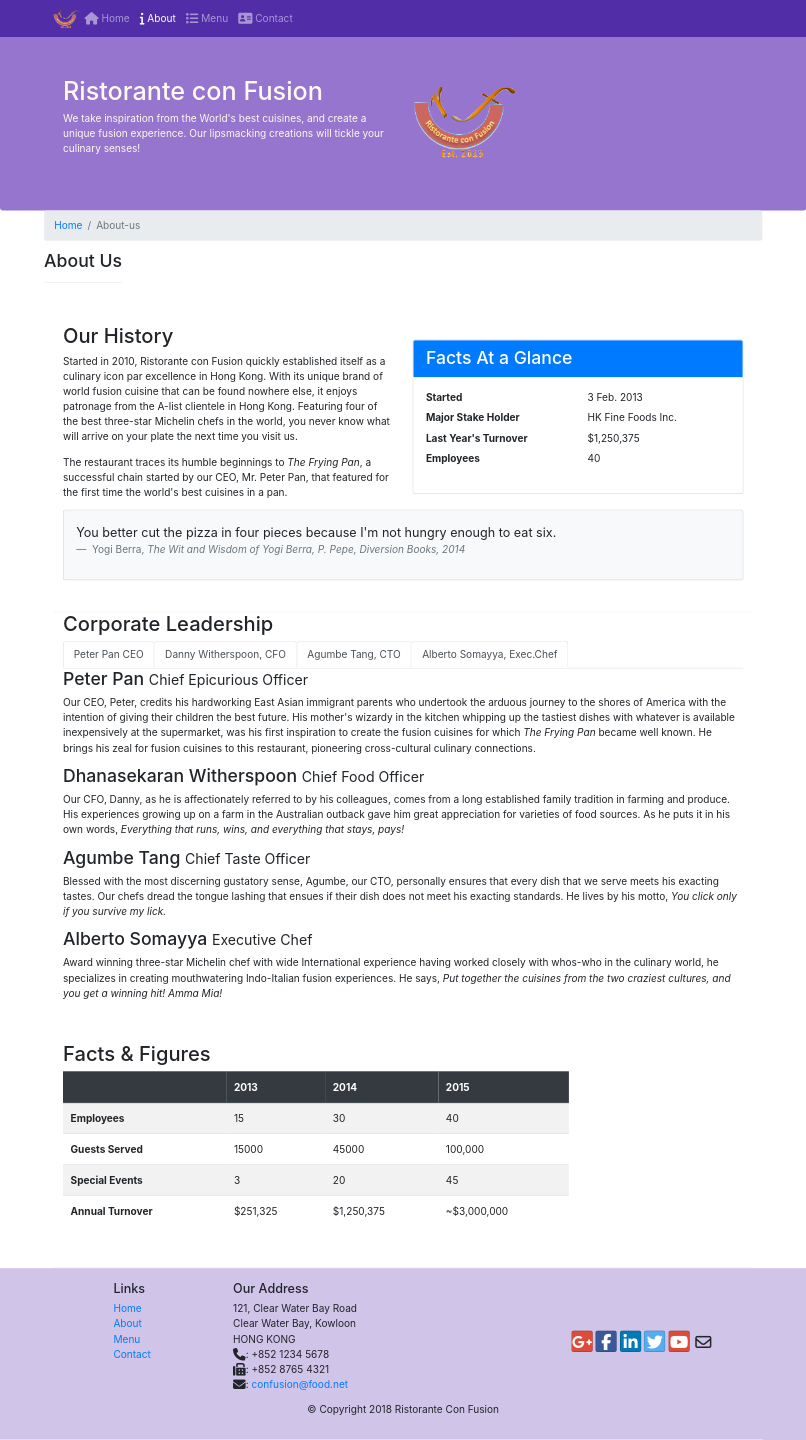
Repository: Samkiroko/Boostrap_intro
Page: about-us.html
These files come from the project's save history. The page is drawn as it stood at one moment and after the next save; the edit follows.
The browser window is 1280 px wide. The pictures show the whole page, at 63% of full size.
Some web libraries are served in a nearby version.

Above is the page before, as saved 2020-02-01 13:44:04.

### about-us.html
<!DOCTYPE html>
<html lang="en">
  <head>
    <!-- Required meta tags -->
    <meta charset="utf-8" />
    <meta
      name="viewport"
      content="width=device-width, initial-scale=1, shrink-to-fit=no"
    />

    <!-- Bootstrap CSS -->
    <link
      rel="stylesheet"
      href="https://stackpath.bootstrapcdn.com/bootstrap/4.4.1/css/bootstrap.min.css"
      integrity="sha384-Vkoo8x4CGsO3+Hhxv8T/Q5PaXtkKtu6ug5TOeNV6gBiFeWPGFN9MuhOf23Q9Ifjh"
      crossorigin="anonymous"
    />
    <link rel="stylesheet" href="css/bootstrap-social.css" />
    <link
      rel="stylesheet"
      href="node_modules/font-awesome/css/font-awesome.min.css"
    />
    <link
      rel="stylesheet"
      href="node_modules/bootstrap-social/bootstrap-social.css"
    />
    <link rel="stylesheet" href="css/style.css" />
    <title>Ristorante Con Fusion</title>
  </head>

  <body>
    <nav class="navbar navbar-dark navbar-expand-sm  fixed-top">
      <div class="container">
        <button
          class="navbar-toggler"
          type="button"
          data-toggle="collapse"
          data-target="#Navbar"
        >
          <span class="navbar-toggler-icon"></span>
        </button>
        <a href="#" class="navbar-brand mr-auto"
          ><img src="img/logo.png" height="30" width="41" alt=""
        /></a>
        <div class="collapse navbar-collapse" id="Navbar">
          <ul class="navbar-nav mr-auto">
            <li class="nav-item">
              <a class="nav-link" href="./index.html"
                ><span class="fa fa-home fa-lg"></span> Home</a
              >
            </li>
            <li class="nav-item active">
              <a class="nav-link" href="#"
                ><span class="fa fa-info fa-lg"></span> About</a
              >
            </li>
            <li class="nav-item">
              <a class="nav-link" href="#"
                ><span class="fa fa-list fa-lg"></span> Menu</a
              >
            </li>
            <li class="nav-item">
              <a class="nav-link" href="/contactus.html"
                ><span class="fa fa-address-card fa-lg"></span> Contact</a
              >
            </li>
          </ul>
        </div>
      </div>
    </nav>
    <header class="jumbotron">
      <div class="container">
        <div class="row row-header">
          <div class="col-12 col-sm-6">
            <h1>Ristorante con Fusion</h1>
            <p>
              We take inspiration from the World's best cuisines, and create a
              unique fusion experience. Our lipsmacking creations will tickle
              your culinary senses!
            </p>
          </div>
          <div class="col-12 col-sm align-self-center">
            <img src="img/logo.png" alt="Ristorante logo" class="img-fluid" />
          </div>
        </div>
      </div>
    </header>

    <div class="container">
      <div class="row">
        <ol class="col-12 breadcrumb">
          <li class="breadcrumb-item"><a href="/index.html">Home</a></li>
          <li class="breadcrumb-item active">About-us</li>
        </ol>
        <div>
          <h3>About Us</h3>
          <hr />
        </div>
      </div>

      <div class="row row-content align-items-center">
        <div class="col-12 col-sm-6">
          <h2>Our History</h2>
          <p>
            Started in 2010, Ristorante con Fusion quickly established itself as
            a culinary icon par excellence in Hong Kong. With its unique brand
            of world fusion cuisine that can be found nowhere else, it enjoys
            patronage from the A-list clientele in Hong Kong. Featuring four of
            the best three-star Michelin chefs in the world, you never know what
            will arrive on your plate the next time you visit us.
          </p>
          <p>
            The restaurant traces its humble beginnings to
            <em>The Frying Pan</em>, a successful chain started by our CEO, Mr.
            Peter Pan, that featured for the first time the world's best
            cuisines in a pan.
          </p>
        </div>
        <div class="col-12 col-sm-6">
          <div class="card">
            <h3 class="card-header bg-primary text-white">Facts At a Glance</h3>
            <div class="card-body">
              <dl class="row">
                <dt class="col-6">Started</dt>
                <dd class="col-6">3 Feb. 2013</dd>
                <dt class="col-6">Major Stake Holder</dt>
                <dd class="col-6">HK Fine Foods Inc.</dd>
                <dt class="col-6">Last Year's Turnover</dt>
                <dd class="col-6">$1,250,375</dd>
                <dt class="col-6">Employees</dt>
                <dd class="col-6">40</dd>
              </dl>
            </div>
          </div>
        </div>
        <div class="col-12">
          <div class="card card-body bg-light">
            <blockquote class="blockquote">
              <p class="mb-0">
                You better cut the pizza in four pieces because I'm not hungry
                enough to eat six.
              </p>
              <footer class="blockquote-footer">
                Yogi Berra,
                <cite title="Source Title"
                  >The Wit and Wisdom of Yogi Berra, P. Pepe, Diversion Books,
                  2014</cite
                >
              </footer>
            </blockquote>
          </div>
        </div>
      </div>

      <div class="col">
        <div>
          <h2>Corporate Leadership</h2>

          <ul class="nav nav-tabs">
            <li class="nav-item">
              <a href="#peter" class="nav-link active" role="tab" data-toggle="tab">
                Peter Pan CEO
              </a>
            </li>
            <a href="#danny" class="nav-link active" role="tab" data-toggle="tab">
                Danny Witherspoon, CFO
              </a>
            </li>
            <a href="#agumbe" class="nav-link active" role="tab" data-toggle="tab">
                Agumbe Tang, CTO
              </a>
            </li>
            <a href="#alberto" class="nav-link active" role="tab" data-toggle="tab">
                Alberto Somayya, Exec.Chef
              </a>
            </li>
          </ul>
          <h3>Peter Pan <small>Chief Epicurious Officer</small></h3>
          <p class="d-none d-sm-block">
            Our CEO, Peter, credits his hardworking East Asian immigrant parents
            who undertook the arduous journey to the shores of America with the
            intention of giving their children the best future. His mother's
            wizardy in the kitchen whipping up the tastiest dishes with whatever
            is available inexpensively at the supermarket, was his first
            inspiration to create the fusion cuisines for which
            <em>The Frying Pan</em> became well known. He brings his zeal for
            fusion cuisines to this restaurant, pioneering cross-cultural
            culinary connections.
          </p>
          <h3>Dhanasekaran Witherspoon <small>Chief Food Officer</small></h3>
          <p class="d-none d-sm-block">
            Our CFO, Danny, as he is affectionately referred to by his
            colleagues, comes from a long established family tradition in
            farming and produce. His experiences growing up on a farm in the
            Australian outback gave him great appreciation for varieties of food
            sources. As he puts it in his own words,
            <em
              >Everything that runs, wins, and everything that stays, pays!</em
            >
          </p>
          <h3>Agumbe Tang <small>Chief Taste Officer</small></h3>
          <p class="d-none d-sm-block">
            Blessed with the most discerning gustatory sense, Agumbe, our CTO,
            personally ensures that every dish that we serve meets his exacting
            tastes. Our chefs dread the tongue lashing that ensues if their dish
            does not meet his exacting standards. He lives by his motto,
            <em>You click only if you survive my lick.</em>
          </p>
          <h3>Alberto Somayya <small>Executive Chef</small></h3>
          <p class="d-none d-sm-block">
            Award winning three-star Michelin chef with wide International
            experience having worked closely with whos-who in the culinary
            world, he specializes in creating mouthwatering Indo-Italian fusion
            experiences. He says,
            <em
              >Put together the cuisines from the two craziest cultures, and you
              get a winning hit! Amma Mia!</em
            >
          </p>
        </div>
      </div>
      <div class="row row-content">
        <div class="col-12 col-sm-9">
          <h2>Facts &amp; Figures</h2>
          <div class="table-responsive">
            <table class="table table-striped">
              <thead class="thead-dark">
                <tr>
                  <th>&nbsp;</th>
                  <th>2013</th>
                  <th>2014</th>
                  <th>2015</th>
                </tr>
              </thead>
              <tbody>
                <tr>
                  <th>Employees</th>
                  <td>15</td>
                  <td>30</td>
                  <td>40</td>
                </tr>
                <tr>
                  <th>Guests Served</th>
                  <td>15000</td>
                  <td>45000</td>
                  <td>100,000</td>
                </tr>
                <tr>
                  <th>Special Events</th>
                  <td>3</td>
                  <td>20</td>
                  <td>45</td>
                </tr>
                <tr>
                  <th>Annual Turnover</th>
                  <td>$251,325</td>
                  <td>$1,250,375</td>
                  <td>~$3,000,000</td>
                </tr>
              </tbody>
            </table>
          </div>
        </div>
        <div class="col-12 colsm3"></div>
      </div>
    </div>

    <footer class="footer">
      <div class="container">
        <div class="row">
          <div class="col-4 offset-1 col-sm-2">
            <h5>Links</h5>
            <ul class="list-unstyled">
              <li><a href="/index.html">Home</a></li>
              <li><a href="/about-us.html">About</a></li>
              <li><a href="#">Menu</a></li>
              <li><a href="#">Contact</a></li>
            </ul>
          </div>
          <div class="col-7 col-sm-5">
            <h5>Our Address</h5>
            <address>
              121, Clear Water Bay Road<br />
              Clear Water Bay, Kowloon<br />
              HONG KONG<br />
              <i class="fa fa-phone fa-lg"></i>: +852 1234 5678<br />
              <i class="fa fa-fax fa-lg"></i>: +852 8765 4321<br />
              <i class="fa fa-envelope fa-lg"></i>:
              <a href="mailto:confusion@food.net">confusion@food.net</a>
            </address>
          </div>
          <div class="col-12 col-sm-4 align-self-center">
            <div class="text-center">
              <div class="text-center">
                <a
                  class="btn btn-social-icon btn-google"
                  href="http://google.com/+"
                  ><i class="fa fa-google-plus"></i
                ></a>
                <a
                  class="btn btn-social-icon btn-facebook"
                  href="http://www.facebook.com/profile.php?id="
                  ><i class="fa fa-facebook"></i
                ></a>
                <a
                  class="btn btn-social-icon btn-linkedin"
                  href="http://www.linkedin.com/in/"
                  ><i class="fa fa-linkedin"></i
                ></a>
                <a
                  class="btn btn-social-icon btn-twitter"
                  href="http://twitter.com/"
                  ><i class="fa fa-twitter"></i
                ></a>
                <a
                  class="btn btn-social-icon btn-google"
                  href="http://youtube.com/"
                  ><i class="fa fa-youtube"></i
                ></a>
                <a class="btn btn-social-icon" href="mailto:"
                  ><i class="fa fa-envelope-o"></i
                ></a>
              </div>
            </div>
          </div>
        </div>
        <div class="row justify-content-center">
          <div class="col-auto">
            <p>© Copyright 2018 Ristorante Con Fusion</p>
          </div>
        </div>
      </div>
    </footer>
    <!-- Optional JavaScript -->
    <!-- jQuery first, then Popper.js, then Bootstrap JS -->
    <script
      src="https://code.jquery.com/jquery-3.4.1.slim.min.js"
      integrity="sha384-J6qa4849blE2+poT4WnyKhv5vZF5SrPo0iEjwBvKU7imGFAV0wwj1yYfoRSJoZ+n"
      crossorigin="anonymous"
    ></script>
    <script
      src="https://cdn.jsdelivr.net/npm/popper.js@1.16.0/dist/umd/popper.min.js"
      integrity="sha384-Q6E9RHvbIyZFJoft+2mJbHaEWldlvI9IOYy5n3zV9zzTtmI3UksdQRVvoxMfooAo"
      crossorigin="anonymous"
    ></script>
    <script
      src="https://stackpath.bootstrapcdn.com/bootstrap/4.4.1/js/bootstrap.min.js"
      integrity="sha384-wfSDF2E50Y2D1uUdj0O3uMBJnjuUD4Ih7YwaYd1iqfktj0Uod8GCExl3Og8ifwB6"
      crossorigin="anonymous"
    ></script>
  </body>
</html>

### css/style.css
body {
  padding: 50px 0px 0px 0px;
  z-index: 0;
}

.navbar-dark {
  background-color: #512da8;
}

.row-header {
  margin: 0px auto;
  padding: 0px auto;
}

.row-content {
  margin: 0px auto;
  padding: 50px 0px 50px 0px;
  border-bottom: 1px ridge;
  min-height: 400px;
}
.footer {
  background-color: #d1c4e9;
  margin: 0px auto;
  padding: 20px 0px 20px 0px;
}
.jumbotron {
  padding: 70px 30px 70px 30px;
  margin: 0px auto;
  background-color: #9575cd;
  color: floralwhite;
}
.address {
  font-size: 80%;
  margin: 0px;
  color: #0f0f0f;
}

Loaded but not shown: css/bootstrap-social.css (library)

After the next save:
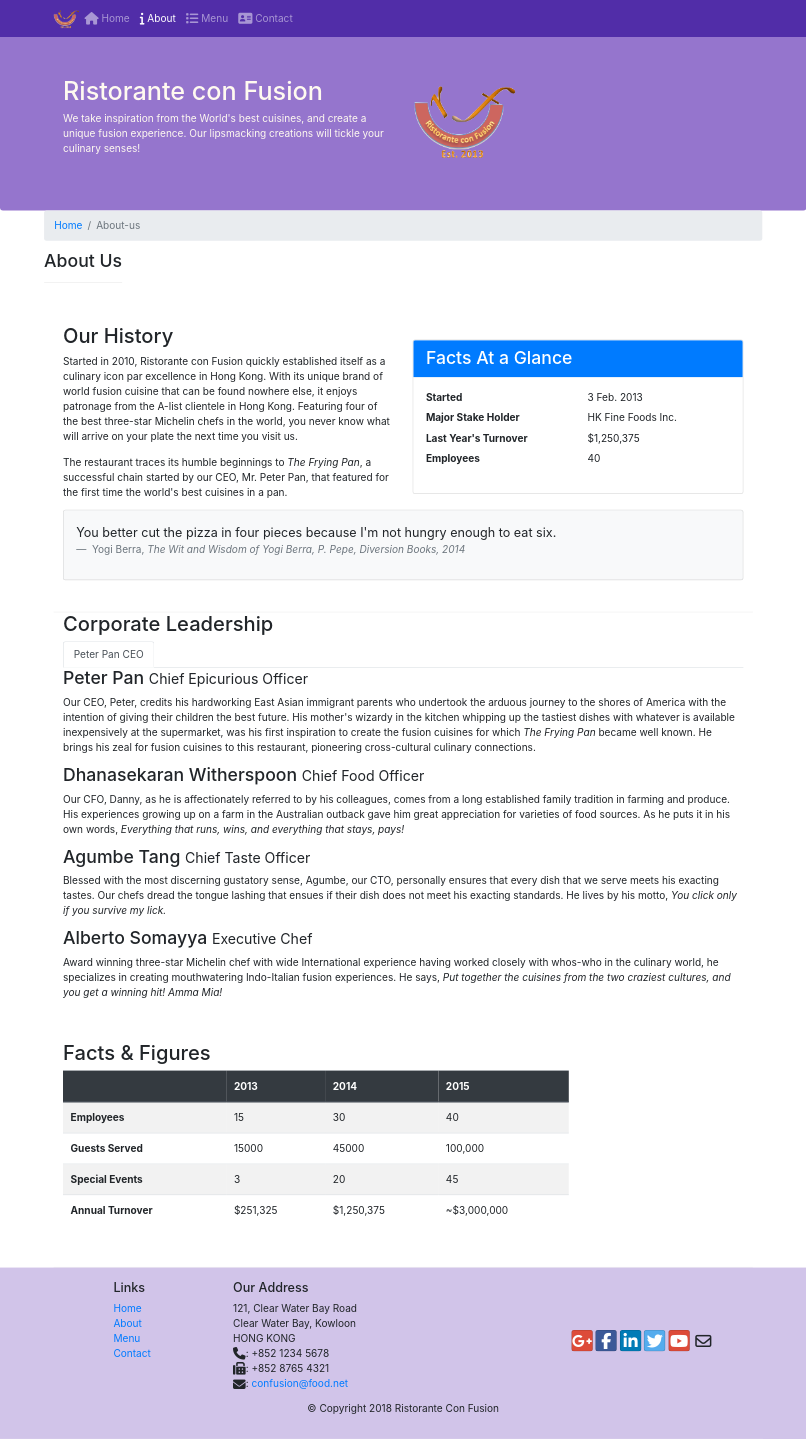
Saved 5 min 1 s later.
--- a/about-us.html
+++ b/about-us.html
@@ -158,20 +158,13 @@
 
           <ul class="nav nav-tabs">
             <li class="nav-item">
-              <a href="#peter" class="nav-link active" role="tab" data-toggle="tab">
+              <a
+                href="#peter"
+                class="nav-link active"
+                role="tab"
+                data-toggle="tab"
+              >
                 Peter Pan CEO
-              </a>
-            </li>
-            <a href="#danny" class="nav-link active" role="tab" data-toggle="tab">
-                Danny Witherspoon, CFO
-              </a>
-            </li>
-            <a href="#agumbe" class="nav-link active" role="tab" data-toggle="tab">
-                Agumbe Tang, CTO
-              </a>
-            </li>
-            <a href="#alberto" class="nav-link active" role="tab" data-toggle="tab">
-                Alberto Somayya, Exec.Chef
               </a>
             </li>
           </ul>
